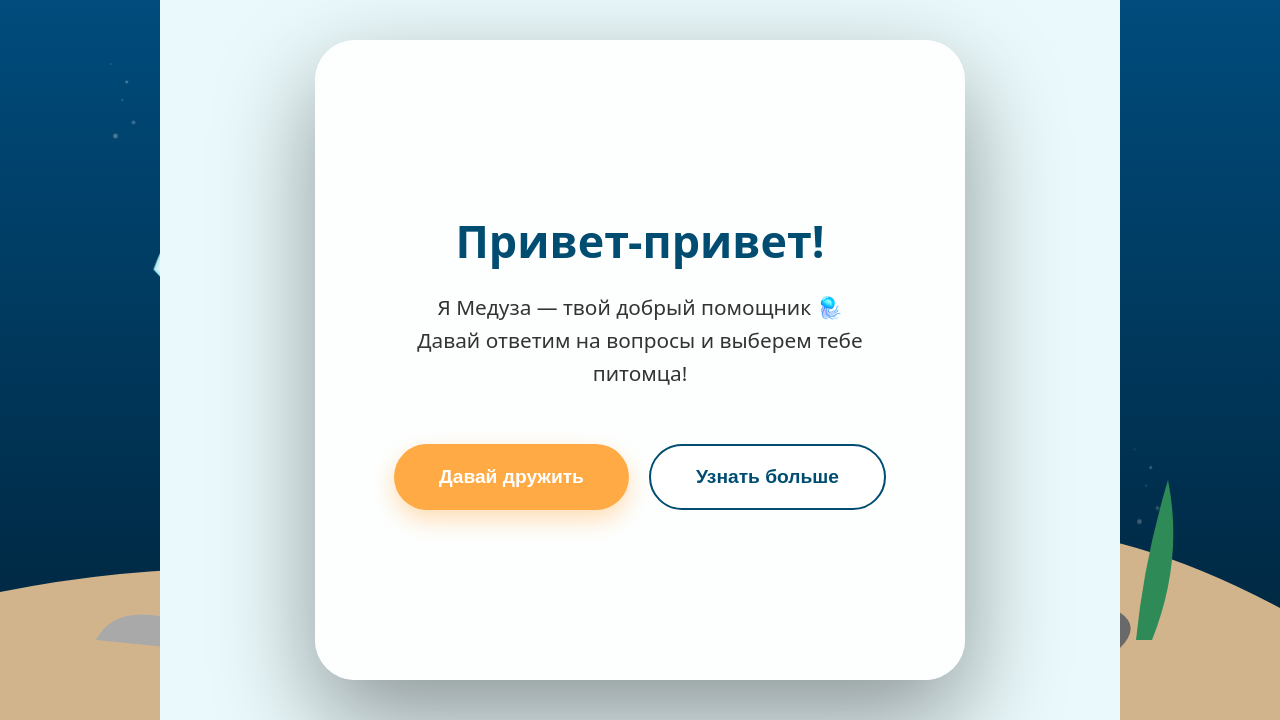
Repository: HOADF/kids-career-world
Page: index.html
An editor plug-in stored every save of this project. The page is shown before and after the next save, followed by the edit.
The browser window is 1280 px wide. The pictures show the whole page.

Above is the page before, as saved 2026-03-13 19:45:10.

After the next save:
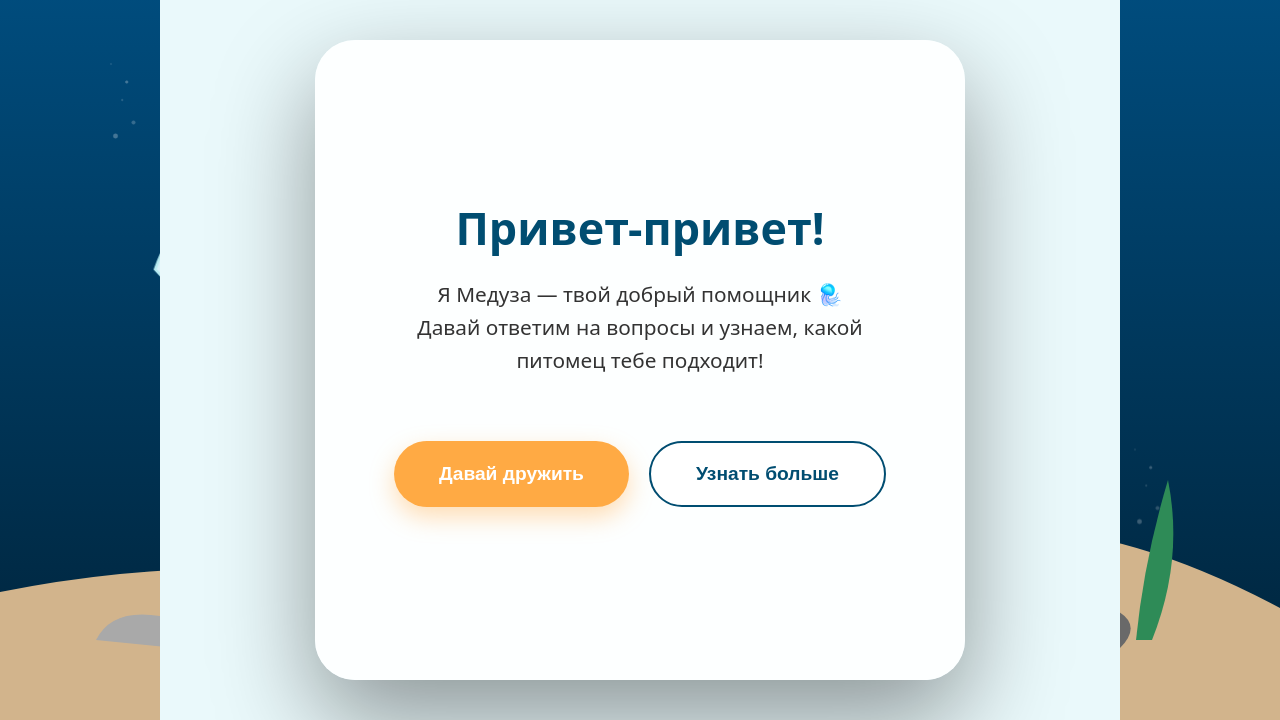
Saved 10 s later.
--- a/index.html
+++ b/index.html
@@ -10,15 +10,14 @@
 </head>
 <body>
 
-  <div class="ocean-frame" id="global-ocean" aria-hidden="true">
-    <img src="backgrounds/ocean.svg" class="layer-bg" id="bg-img">
-    <img src="backgrounds/ocean_floor.svg" class="layer-floor" id="floor-img">
+  <div class="ocean-frame" aria-hidden="true">
+    <img src="backgrounds/ocean.svg" class="layer-bg">
+    <img src="backgrounds/ocean_floor.svg" class="layer-floor">
 
     <img src="pets/jellyfish.svg" class="jelly-svg" id="main-pet-image">
 
     <img src="fx/bubbles.svg" class="bubble-stream stream-1">
     <img src="fx/bubbles.svg" class="bubble-stream stream-2">
-    <img src="fx/bubbles.svg" class="bubble-stream stream-3">
   </div>
 
   <main class="page-root">
@@ -27,9 +26,9 @@
       <h1>Привет-привет!</h1>
       <p class="lead">
         Я Медуза — твой добрый помощник 🪼<br>
-        Давай ответим на вопросы и выберем тебе питомца!
+        Давай ответим на вопросы и узнаем, какой питомец тебе подходит!
       </p>
-      <div style="display: flex; gap: 20px; justify-content: center; margin-top: 30px;">
+      <div class="controls" style="display: flex; gap: 20px; justify-content: center; margin-top: 40px;">
         <button id="start-quiz" class="btn-primary">Давай дружить</button>
         <button id="learn-more" class="btn-ghost">Узнать больше</button>
       </div>
@@ -37,19 +36,12 @@
 
     <section id="questions-section" class="questions-card hidden">
       <div id="progress">Вопрос <span id="q-index">1</span> из <span id="q-total">5</span></div>
-      <h2 id="question-title" style="margin: 20px 0;">Загружаю...</h2>
+      <h2 id="question-title" style="margin: 30px 0;">Загрузка...</h2>
       <div id="answers" style="display: grid; gap: 15px;"></div>
-      <button id="btn-back" class="btn-ghost" style="margin-top: 20px; padding: 10px 20px;">◀ Назад</button>
-    </section>
-
-    <section id="result-section" class="result-card hidden">
-      <h2 id="result-title">Твой итог</h2>
-      <div id="result-pet" style="width: 200px; margin: 20px auto;"></div>
-      <div id="result-games" style="margin-bottom: 30px;"></div>
-      <button id="restart" class="btn-ghost">Сначала</button>
-      <button id="continue" class="btn-primary">В комнату!</button>
+      <button id="btn-back" class="btn-ghost" style="margin-top: 30px;">◀ Назад</button>
     </section>
 
   </main>
+
 </body>
 </html>
